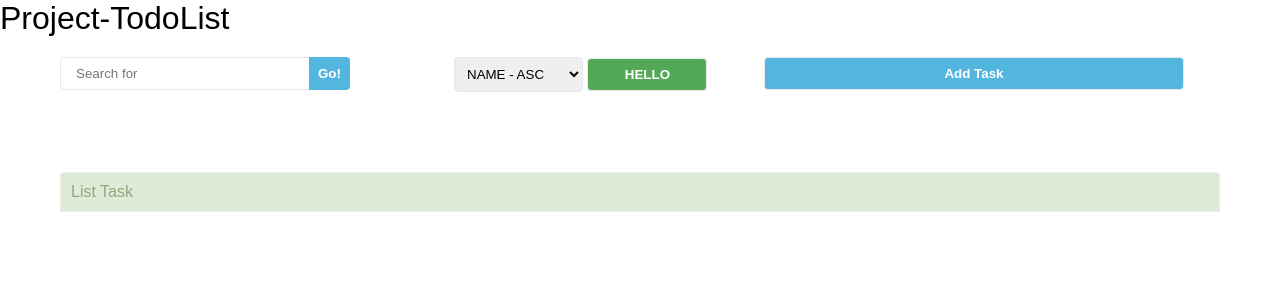
Repository: dinhconglam2306/frontend_tu_xa
Page: B08/Exercise_todolist/index.html
The author's editor kept a copy of each file at every save. The page is drawn from the files as they stood at one save, then again after the next save.
The browser window is 1280 px wide. The pictures show the whole page.

Above is the page before, as saved 2021-04-15 01:51:47.
Not found: B08/Exercise_todolist/js/createListTask.js

After the next save:
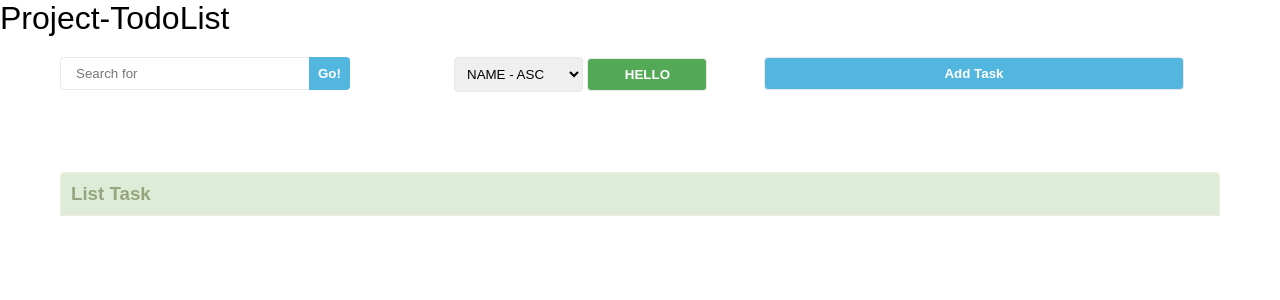
Saved 54 min 2 s later.
--- a/B08/Exercise_todolist/index.html
+++ b/B08/Exercise_todolist/index.html
@@ -1,58 +1,66 @@
 <!DOCTYPE html>
 <html lang="en">
-<head>
-    <meta charset="UTF-8">
-    <meta http-equiv="X-UA-Compatible" content="IE=edge">
-    <meta name="viewport" content="width=device-width, initial-scale=1.0">
+  <head>
+    <meta charset="UTF-8" />
+    <meta http-equiv="X-UA-Compatible" content="IE=edge" />
+    <meta name="viewport" content="width=device-width, initial-scale=1.0" />
     <title>Document</title>
-    <link rel="stylesheet" href="css/style.css">
-</head>
-<body>
-   <h1>Project-TodoList</h1>
-   <div id ="container" class="container">
-        <div class="container_right">
-            <input class="search"type="search" placeholder="Search for"/>
-            <button class="search_go">Go!</button>
-       </div>
+    <link rel="stylesheet" href="css/style.css" />
+  </head>
+  <body>
+    <h1>Project-TodoList</h1>
+    <div id="container" class="container">
+      <div class="container_right">
+        <input class="search" type="search" placeholder="Search for" />
+        <button class="search_go">Go!</button>
+      </div>
 
-       <div class="container_center">
-            <select id="sort_by">
-                <option value="name_asc">NAME - ASC</option>
-                <option value="name_desc">NAME - DESC</option>
-                <option value="level_asc">LEVEL - ASC</option>
-                <option value="level_desc" >LEVEL - DESC</option>
-                <!-- <option value="sort_by" selected></option> -->
-            </select>
-            <button class="button_sort_by">HELLO</button>
-        </div>
+      <div class="container_center">
+        <select id="sort_by">
+          <option value="name_asc">NAME - ASC</option>
+          <option value="name_desc">NAME - DESC</option>
+          <option value="level_asc">LEVEL - ASC</option>
+          <option value="level_desc">LEVEL - DESC</option>
+          <!-- <option value="sort_by" selected></option> -->
+        </select>
+        <button class="button_sort_by">HELLO</button>
+      </div>
 
-       <div class="container_left">
-            <button class="add_task" onclick="showAddTask();">Add Task</button>
-            <div class="container_left_bottom" id = "container_left_bottom">
-                <div>
-                    <input class="task_name" id="task_name" type="text" placeholder="Task Name"/>
-                    <select id="level" value="Hight">
-                        <!-- <option value="medium" selected>Medium</option>
+      <div class="container_left">
+        <button class="add_task" onclick="showAddTask();">Add Task</button>
+        <div class="container_left_bottom" id="container_left_bottom">
+          <div>
+            <input
+              class="task_name"
+              id="task_name"
+              type="text"
+              placeholder="Task Name"
+            />
+            <select id="level" value="Hight">
+              <!-- <option value="medium" selected>Medium</option>
                         <option value="hight">Hight</option>
                         <option value="small">Small</option> -->
-                    </select>
-                    <button class="submit" id="btn-createListTask" onclick="createListTask();">Submit</button><br>
-                    <button class="cancel" id="cancel" onclick="Cancel();">Cancel</button>
-                </div>
-            </div>
+            </select>
+            <button
+              class="submit"
+              id="btn-createListTask"
+              onclick="createListTask();"
+            >
+              Submit</button
+            ><br />
+            <button class="cancel" id="cancel" onclick="Cancel();">
+              Cancel
+            </button>
+          </div>
         </div>
-   </div>
+      </div>
+    </div>
 
-
-
-   <div class="table_list_task">
-        <div class="title">List Task</div>
-        <ul id="myUL">
-        </ul>
+    <div class="table_list_task">
+      <h3 class="title">List Task</h3>
     </div>
 
     <script src="js/showAddTask.js"></script>
     <script src="js/createListTask.js"></script>
-
-</body>
+  </body>
 </html>
